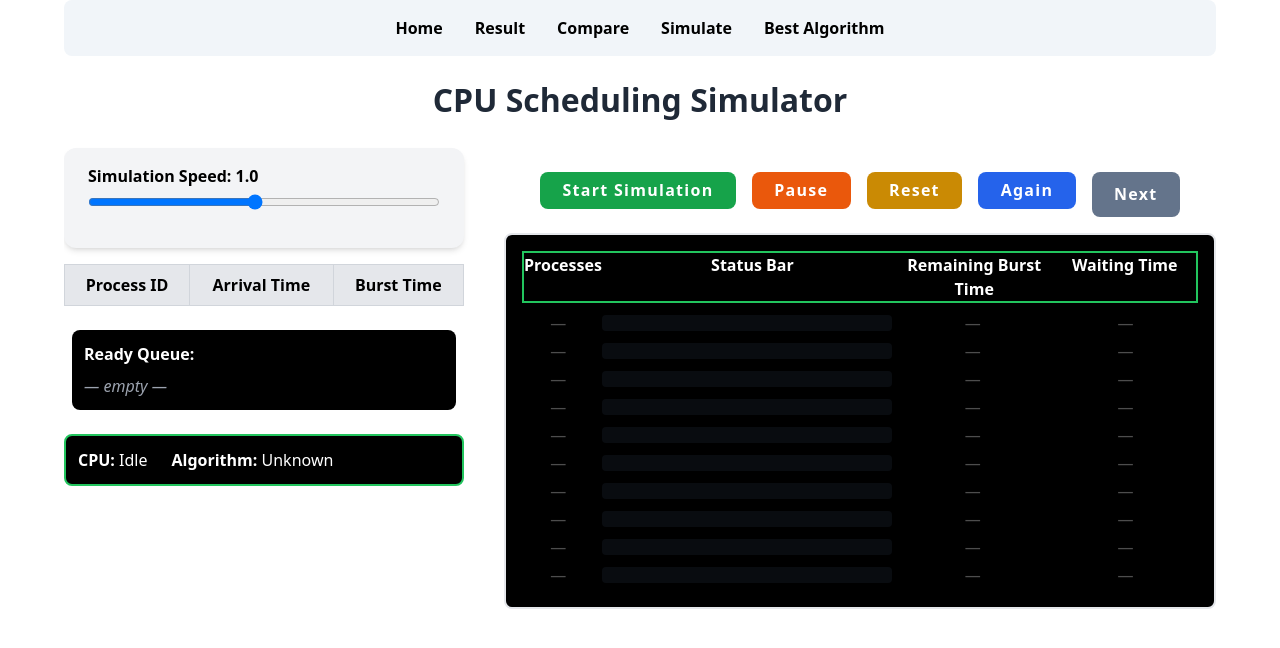
Repository: ujjwalkathait/Process_Scheduler
Page: /simulate
An editor plug-in stored every save of this project. The page is shown before and after a run of saves, followed by the edit.
The browser window is 1280 px wide. The pictures show the whole page.
The project was rebuilt for these pictures with package versions that can differ from the ones it lists, and the page was loaded fresh each time. Also part of the build but not shown: vite.config.js, src/components/CompareAlgorithmsChart.jsx, src/components/GanttChart.jsx, src/components/GanttChartTable.jsx, src/components/ProcessData.jsx, src/components/ProcessTable.jsx, src/components/PerformanceMetrics.jsx, src/components/SelectAlgorithm.jsx and 14 more.

Above is the page before, as saved 2025-06-07 00:20:32.

After the next 2 saves:
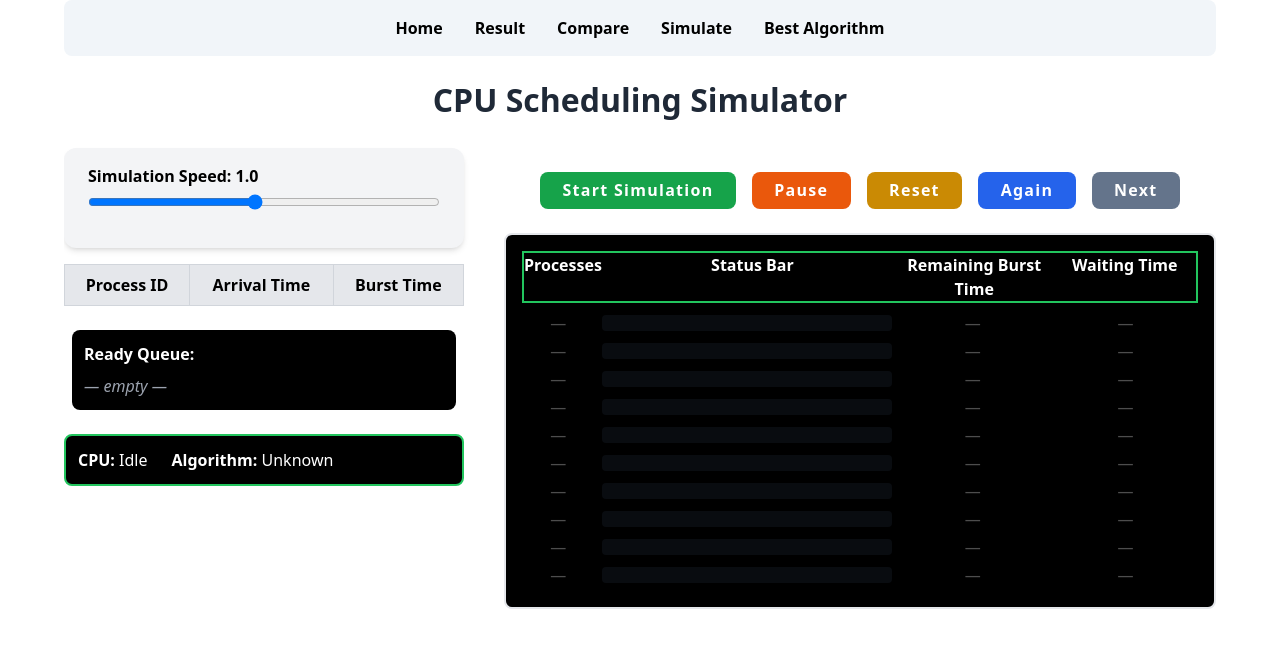
The 2 saves are shown as one change because they came seconds apart.
The last was saved 9 s later.
--- a/src/components/NavigationButtons.jsx
+++ b/src/components/NavigationButtons.jsx
@@ -55,7 +55,7 @@ const NavigationButtons = ({ onStart, onReset , onAgain}) => {
 
 
       <button
-        className={`reset bg-slate-500 hover:bg-slate-600  font-bold text-[0.9rem] text-center text-white px-[1.4rem] py-[0.4rem] rounded-lg focus:outline-none`}
+        className={`reset bg-slate-500 hover:bg-slate-600  font-bold text-[0.9rem] text-center text-white px-[1.4rem] py-[0.4rem] mb-2 rounded-lg focus:outline-none`}
         type="submit"
         onClick={e => {
             e.preventDefault();
